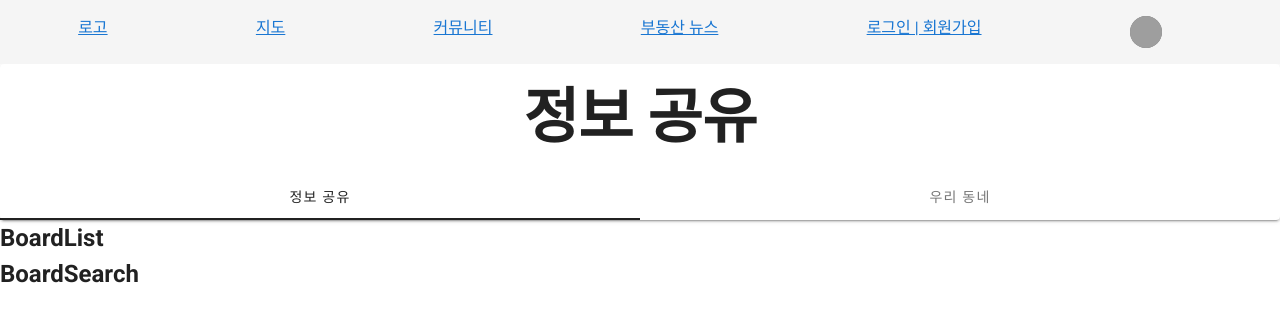
Repository: misso88/vue-whereIsMyHome
Page: /community
An editor plug-in stored every save of this project. The page is shown before and after the next save, followed by the edit.
The browser window is 1280 px wide. The pictures show the whole page.
The project was rebuilt for these pictures with package versions that can differ from the ones it lists, and the page was loaded fresh each time. Also part of the build but not shown: vue.config.js, src/views/AppMain.vue, src/components/house/sidebar/HouseListItem.vue, src/components/house/sidebar/HouseList.vue, src/components/house/sidebar/HouseListFilter.vue, src/components/house/sidebar/HouseSidebar.vue, src/components/house/map/HouseMapFilter.vue, src/components/house/map/HouseMap.vue and 2 more.

Above is the page before, as saved 2022-11-16 10:40:04.

### public/index.html
<!DOCTYPE html>
<html lang="en">
  <head>
    <meta charset="utf-8" />
    <meta http-equiv="X-UA-Compatible" content="IE=edge" />
    <meta name="viewport" content="width=device-width,initial-scale=1.0" />
    <link rel="icon" href="<%= BASE_URL %>favicon.ico" />
    <title><%= htmlWebpackPlugin.options.title %></title>
    <link
      rel="stylesheet"
      href="https://fonts.googleapis.com/css?family=Roboto:100,300,400,500,700,900"
    />
    <link
      rel="stylesheet"
      href="https://cdn.jsdelivr.net/npm/@mdi/font@latest/css/materialdesignicons.min.css"
    />
    <link
      rel="stylesheet"
      href="https://fonts.googleapis.com/css?family=Roboto:100,300,400,500,700,900"
    />
    <link
      rel="stylesheet"
      href="https://cdn.jsdelivr.net/npm/@mdi/font@latest/css/materialdesignicons.min.css"
    />
    <!-- <style>
      html{
        overflow-y: hidden !important;
      }
    </style> -->
  </head>
  <body>
    <noscript>
      <strong
        >We're sorry but <%= htmlWebpackPlugin.options.title %> doesn't work properly without
        JavaScript enabled. Please enable it to continue.</strong
      >
    </noscript>
    <div id="app"></div>
    <!-- built files will be auto injected -->
  </body>
</html>

### src/App.vue
<template>
  <v-app>
    <v-app-bar app elevation="0" absolute clipped-left>
      <the-header></the-header>
    </v-app-bar>
    <v-main>
      <router-view></router-view>
    </v-main>
  </v-app>
</template>

<script>
import TheHeader from "@/components/layout/TheHeader";

export default {
  name: "App",
  components: {
    TheHeader,
  },
};
</script>

### src/router/index.js
import Vue from 'vue'
import VueRouter from 'vue-router'

import AppMain from '@/views/AppMain'
import AppHouse from '@/views/AppHouse'
// import AppCommunity from '@/views/AppCommunity'
import AppNews from '@/views/AppNews'
// import AppMember from '@/views/AppMember'


Vue.use(VueRouter)

const routes = [
  {
    path: '/',
    name: 'main',
    component: AppMain
  },
  {
    path: '/map',
    name: 'map',
    component: AppHouse
  },
  {
    path: '/community',
    name: 'community',
    component: () => import("@/views/AppCommunity"),
    redirect: "/community/list",
    children: [
      {
        path: "list",
        name: "boardlist",
        component: () => import("@/components/board/BoardList")
      },
    ]
  },
  {
    path: '/news',
    name: 'news',
    component: AppNews
  },
  {
    path: '/member',
    name: 'member',
    component: () => import("@/views/AppMember"),
    children: [
      {
        path: "login",
        name: "login",
        component: () => import("@/components/member/MemberLogin")
      },
      {
        path: "join",
        name: "join",
        component: () => import("@/components/member/MemberJoin")
      },
    ]
  },
  {
    path: "/profile",
    name: "profile",
    component: () => import("@/views/TempProfile"),
    children: [
      {
        path: "mypage",
        name: "mypage",
        component: () => import("@/components/profile/ProfileMypage")
      },
      {
        path: "wishlist",
        name: "wishlist",
        component: () => import("@/components/profile/ProfileWishlist")
      },
      {
        path: "notice",
        name: "notice",
        component: () => import("@/components/profile/ProfileNotice")
      },
      {
        path: "helpcenter",
        name: "helpcenter",
        component: () => import("@/components/profile/ProfileHelpcenter")
      },
    ]
  },
]

const router = new VueRouter({
  mode: 'history',
  base: process.env.BASE_URL,
  routes
})

export default router

### src/store/index.js
import Vue from 'vue'
import Vuex from 'vuex'
import createPersistedState from "vuex-persistedstate";

Vue.use(Vuex)

export default new Vuex.Store({
  state: {
    type: null,
  },
  getters: {
  },
  mutations: {
    SET_TYPE (state, type) {
      state.type = type;
    },
  },
  actions: {
  },
  modules: {},
  plugins: [
    createPersistedState({
      // 브라우저 종료시 제거하기 위해 localStorage가 아닌 sessionStorage로 변경. (default: localStorage)
      storage: sessionStorage,
    }),
  ],

})

### src/components/layout/TheHeader.vue
<template>
  <v-row  class="d-flex justify-space-around">
    <router-link
      v-for="item in header" :key="item.name"
      :to="{ name: item.name}" > {{ item.title }}</router-link>
    <!-- 프로필 -->
     <v-avatar
          class="mr-10"
          color="grey darken-1"
          size="32"
        >
      <v-menu offset-y>
      <template v-slot:activator="{ on, attrs }">
        <v-btn
          color="grey"
          v-bind="attrs"
          v-on="on"
        >
          <!-- 프로필 이미지 -->
        </v-btn>
      </template>
      <v-list>
        <v-list-item
          v-for="(item, index) in profile"
          :key="index"
        >
          <router-link :to="{ name: item.name}" > {{ item.title }}</router-link>
        </v-list-item>
      </v-list>
    </v-menu>
    </v-avatar>
  </v-row>
</template>

<script>
export default {
    name: "TheHeader",
    data() {
        return {
          header: [],
          profile: []
        };
    },
    created() {
      this.header = [
        {
          name: "main",
          title: "로고"
        },
        {
          name: "map",
          title: "지도"
        },
        {
          name: "community",
          title: "커뮤니티"
        },
        {
          name: "news",
          title: "부동산 뉴스"
        },
        {
          name: "login",
          title: "로그인 | 회원가입"
        },
      ],
      this.profile = [
        {
          name: "mypage",
          title: "내정보"
        },
        {
          name: "wishlist",
          title: "찜 목록"
        },
        {
          name: "notice",
          title: "공지사항"
        },
        {
          name: "helpcenter",
          title: "고객센터"
        },
        {
          name: "mypage",
          title: "로그아웃"
        },
      ]
    }
}
</script>

<style>

</style>

### src/views/AppCommunity.vue
<template>
  <div>
    <board-header></board-header>
    <router-view></router-view>
  </div>

</template>

<script>
import BoardHeader from "@/components/board/BoardHeader";

export default {
  name: "AppCommunity",
  components: {
    BoardHeader,
  },
};
</script>

<style>

</style>

### src/components/board/BoardList.vue
<template>
  <div>
    <h2>BoardList</h2>
    <board-search></board-search>
    <div>{{ type }}</div>
  </div>
</template>

<script>
import BoardSearch from "@/components/board/BoardSearch";
export default {
    name: "BoardList",
    data() {
        return {
            type: 0
        }
    },
    created() {
        console.log("created");
        this.type = this.$store.state.type;
        console.log(this.type);
    },
    components: {
        BoardSearch
    }
}
</script>

<style>

</style>

### src/components/board/BoardHeader.vue
<template>
  <!-- <div>
    <h2>BoardHeader</h2>
    <button @click="a('1')">정보 공유</button>
    <button @click="a('2')">우리 동네</button>
  </div> -->
  <v-card color="basil">
    <v-card-title class="text-center justify-center py-6">
      <h1 class="font-weight-bold text-h2 basil--text">
        {{tab}}
      </h1>
    </v-card-title>
    <v-tabs
      background-color="transparent"
      color="basil"
      grow
    >
      <v-tab
        v-for="item in tabs"
        :key="item"
      >
        {{ item.title }}
      </v-tab>
    </v-tabs>
  </v-card>
</template>

<script>
export default {
    name: "BoardHeader",
    data () {
      return {
        tab: null,
        tabs: [
          {
            type: 1,
            title: "정보 공유"
          },
          {
            type: 2,
            title: "우리 동네"
          },
        ],
        text: 'Lorem ipsum dolor sit amet, consectetur adipiscing elit, sed do eiusmod tempor incididunt ut labore et dolore magna aliqua. Ut enim ad minim veniam, quis nostrud exercitation ullamco laboris nisi ut aliquip ex ea commodo consequat.',
      }
    },
    created() {
      this.tab = this.tabs[0].title;
    },
    methods: {
        a(type){
            this.$store.commit("SET_TYPE", type);
            this.$router.go({
                name: "boardlist",
            });
        }
    },
};
</script>

<style>

</style>

### src/components/board/BoardSearch.vue
<template>
  <div>
    <h2>BoardSearch</h2>
  </div>
</template>

<script>
export default {

}
</script>

<style>

</style>

Loaded but not shown: src/main.js (common file); src/plugins/vuetify.js (common file)

After the next save:
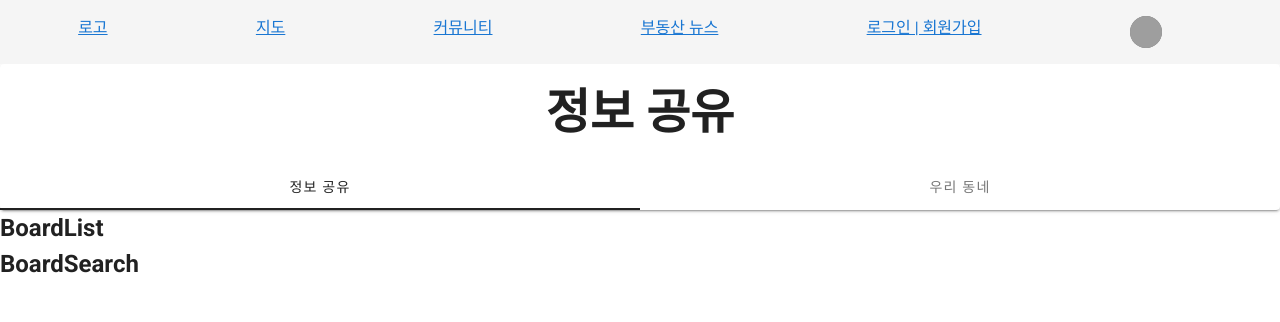
Saved 5 s later.
--- a/src/components/board/BoardHeader.vue
+++ b/src/components/board/BoardHeader.vue
@@ -6,7 +6,7 @@
   </div> -->
   <v-card color="basil">
     <v-card-title class="text-center justify-center py-6">
-      <h1 class="font-weight-bold text-h2 basil--text">
+      <h1 class="font-weight-bold text-h3 basil--text">
         {{tab}}
       </h1>
     </v-card-title>
